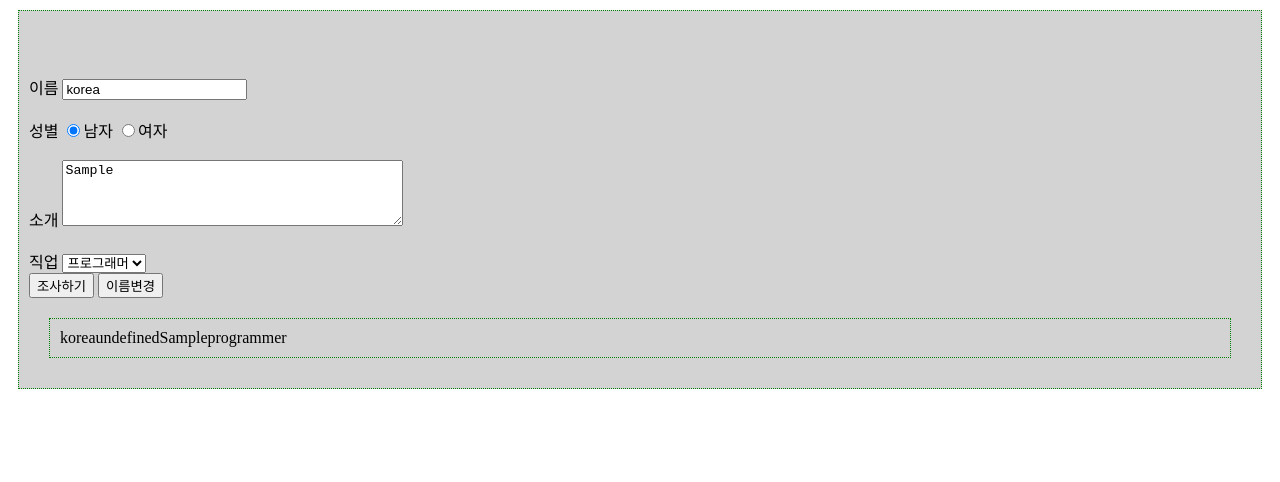
Repository: JJaeHwan/HTML
Page: jquerypro/WebContent/0112/forminfo.html
These files come from the project's save history. The page is drawn as it stood at one moment and after the next save; the edit follows.
The browser window is 1280 px wide. The pictures show the whole page.
Empty fields were first filled with sample values (such as "Sample", 5 or name@example.com).
After loading, the first visible `#btnview` was clicked once.

Above is the page before, as saved 2023-01-12 08:26:20.

### jquerypro/WebContent/0112/forminfo.html
<!DOCTYPE html>
<html>
<head>
<meta charset="UTF-8">
<title>Insert title here</title>
<link rel="stylesheet" href="../css/public.css">
<script src="../js/jquery-3.6.3.min.js" type="text/javascript"></script>

<script type="text/javascript">
  $(function() {

	  $('#btnview').on('click', function() {

		  str ="";

		  // 각 입력 또는 선택한 값들을 가져온다

		  str += $('#user').val();
		  str += $('.gend:checked').val();
		  str += $('#intro').val();
		  str += $('#work option:selected').val()




		  // 출력내용


		  //출력
		  $('#res1').html(str);

	})

})

</script>

</head>
<body>


<div class="box">
	<br><br>
	<br>
	    <form>
       <label for="user">이름</label>
       <input type="text" id="user" value="korea"><br>
       <br>
       <label >성별</label>
       <input type="radio" class=“gend" name="gend" value="남자" checked >남자
       <input type="radio" class=“gend" name="gend" value="여자"  >여자<br>
       <br>
       <label for="intro">소개</label>
       <textarea id="intro" cols="40" rows="4"></textarea> <br>
       <br>
       <label for="work">직업</label>
       <select id="work">
     	  <option value="programmer">프로그래머</option>
     	  <option value="progammer">프로게이머</option>
     	  <option value="whitehand">백수</option>
       </select><br>
       <button type="button" id="btnview">조사하기 </button>
       <button type="button" id="btnchange">이름변경 </button>
   </form>


	<div id="res1"></div>
</div>
</body>
</html>

### jquerypro/WebContent/css/public.css
@charset "UTF-8";

pre{

	font-size: 1.5em;
	border: 5px double blue;
	border-left : none;
	border-right: none;
	padding: 10px;
	background-color: skyblue;

}

  .box{
  	margin: 10px;
  	padding: 10px;
  	border: 1px dotted green;
  	background-color: lightgray;

  }
  .box div{
  	/* height: 100px; */
  	padding: 10px;
  	margin: 20px;
  	border: 1px dotted green;
  }
  input[type=button]{
  	width: 80px;
  	height: 40px;
  	background: blue;
  	color: white;
  	font-size: 1.2em;
  	border-radius: 20px;
  	border : 1px solid blue;
  }

Loaded but not shown: jquerypro/WebContent/js/jquery-3.6.3.min.js (library)

After the next save:
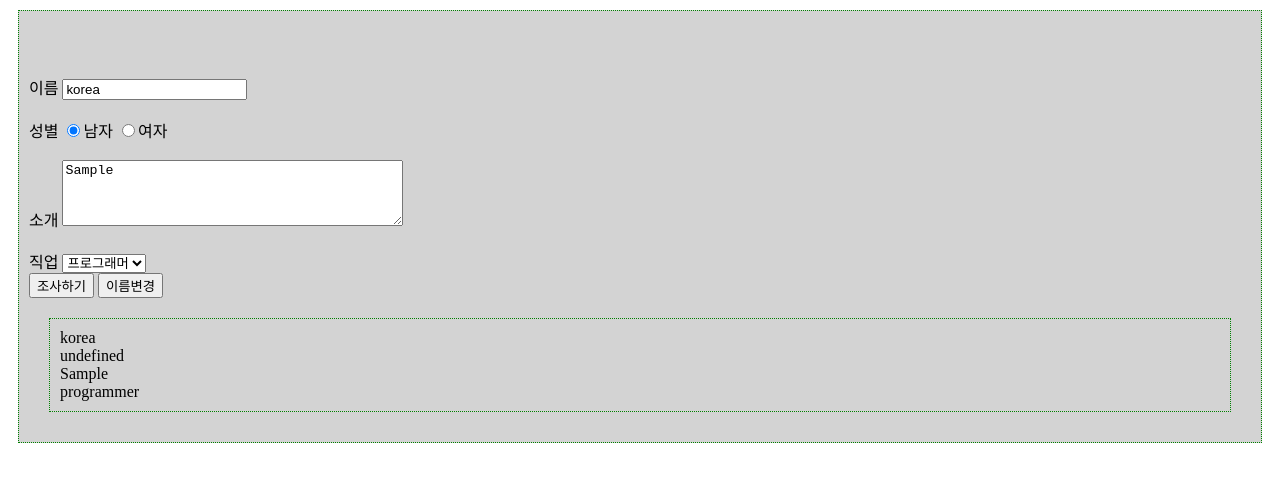
Saved 95 s later.
--- a/jquerypro/WebContent/0112/forminfo.html
+++ b/jquerypro/WebContent/0112/forminfo.html
@@ -15,10 +15,10 @@
 
 		  // 각 입력 또는 선택한 값들을 가져온다
 
-		  str += $('#user').val();
-		  str += $('.gend:checked').val();
-		  str += $('#intro').val();
-		  str += $('#work option:selected').val()
+		  str += $('#user').val() + "<br>";
+		  str += $('.gend:checked').val() + "<br>";
+		  str += $('#intro').val() + "<br>";
+		  str += $('#work option:selected').val()+ "<br>" ;
 
 
 
